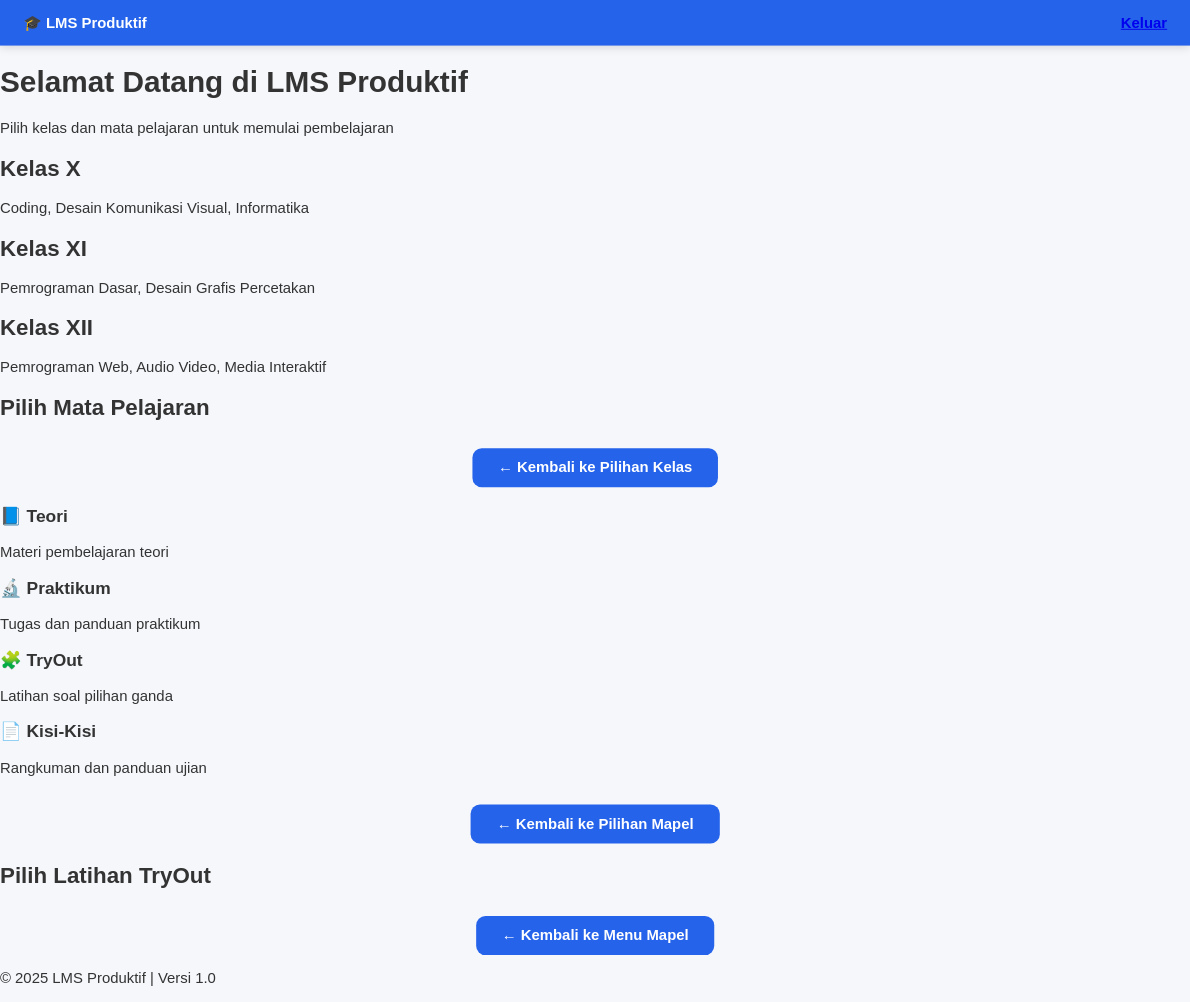
Repository: smkmutipugademak/elearning
Page: index.html
An editor plug-in stored every save of this project. The page is shown before and after a run of saves, followed by the edit.
The browser window is 1280 px wide. The pictures show the whole page, at 93% of full size.

Above is the page before, as saved 2025-11-07 00:41:06.

After the next 2 saves:
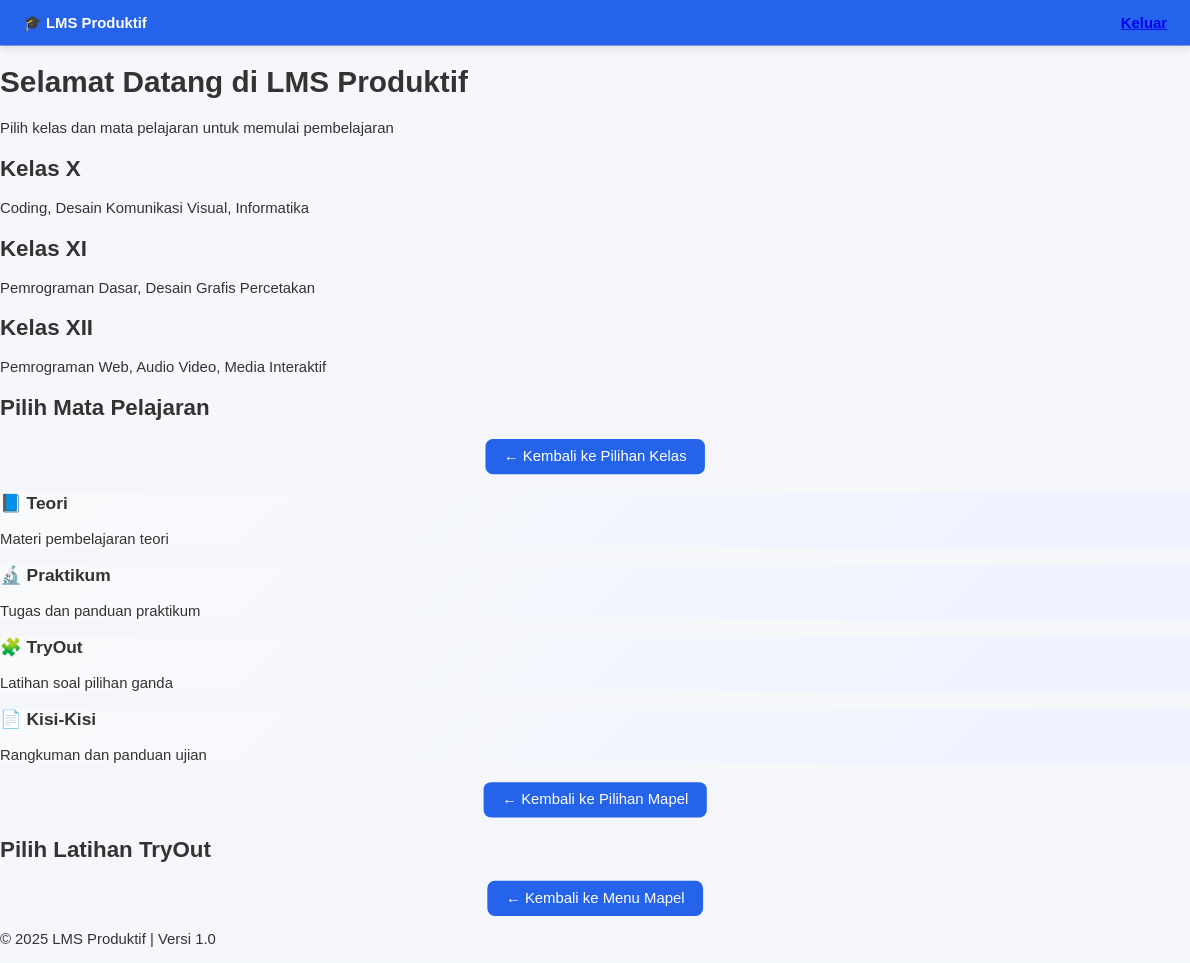
The 2 saves are shown as one change because they came seconds apart.
The last was saved 6 s later.
--- a/style.css
+++ b/style.css
@@ -219,6 +219,36 @@ button:disabled {
     }
 }
 
+/* === MENU LEVEL === */
+#menuSection h2 {
+    color: #1e3a8a;
+    margin-bottom: 20px;
+}
+
+#menuList .card.menu {
+    background: linear-gradient(135deg, #f9fafb, #eef2ff);
+}
+
+#menuList .card.menu:hover {
+    background: linear-gradient(135deg, #e0e7ff, #c7d2fe);
+}
+
+/* Responsif tombol kembali */
+.btn-back-home {
+    margin-top: 20px;
+    background: #2563eb;
+    color: #fff;
+    border: none;
+    padding: 10px 20px;
+    border-radius: 8px;
+    font-weight: 500;
+    cursor: pointer;
+}
+
+.btn-back-home:hover {
+    background: #1e40af;
+}
+
 @media (max-width: 768px) {
 
     .user-info input,
